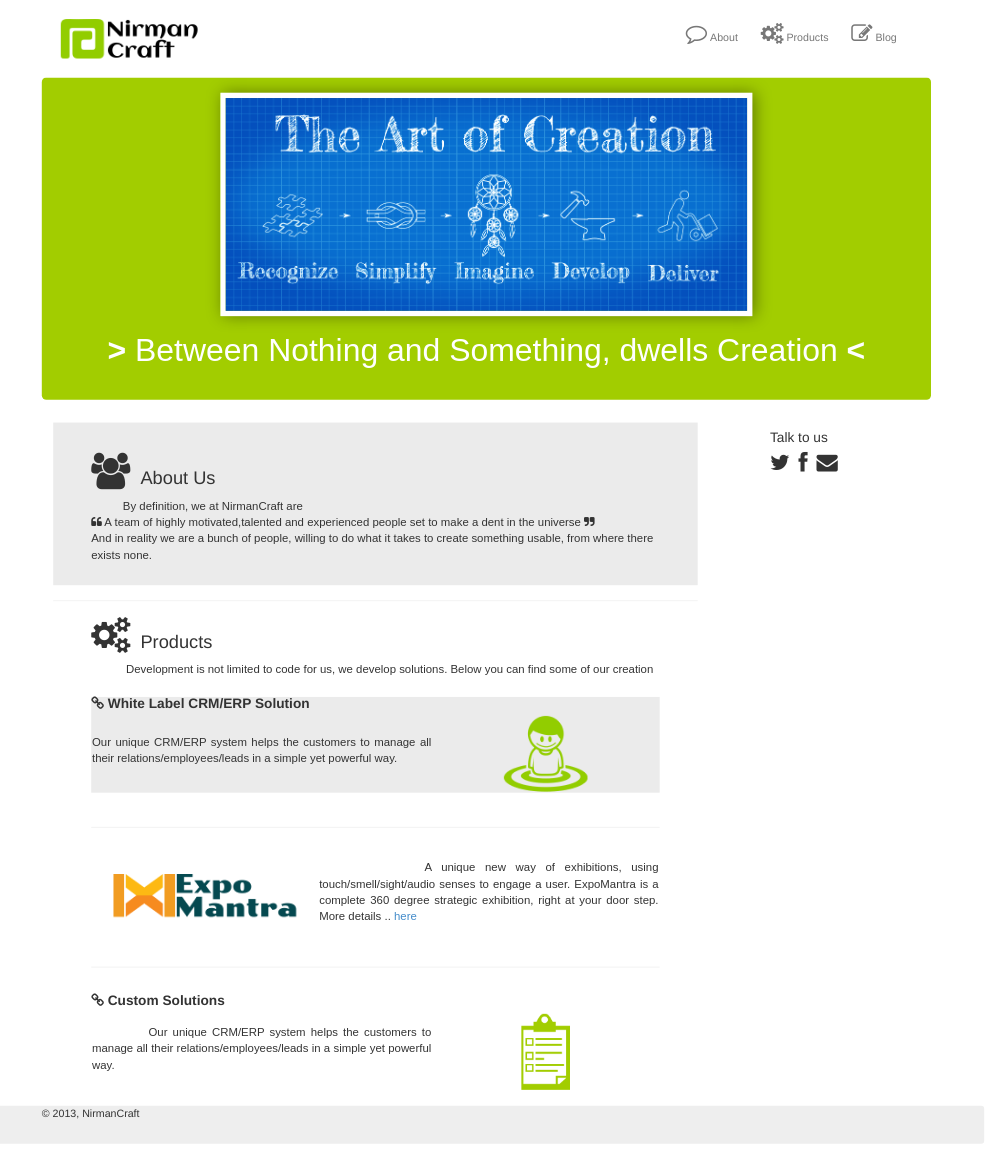
Repository: MeShreyas/NirmanCraftWebsite
Page: NirmanCraft/index.html
The author's editor kept a copy of each file at every save. The page is drawn from the files as they stood at one save, then again after the next save.
The browser window is 1280 px wide. The page is 1310 px wide, so the pictures cover 1310 px, including what lies to the right of the window. The pictures show the whole page, at 76% of full size.
Some web fonts or font styles are not loaded; a fallback is used.

Above is the page before, as saved 2013-10-08 14:48:26.
Console error: ReferenceError: jQuery is not defined

After the next save:
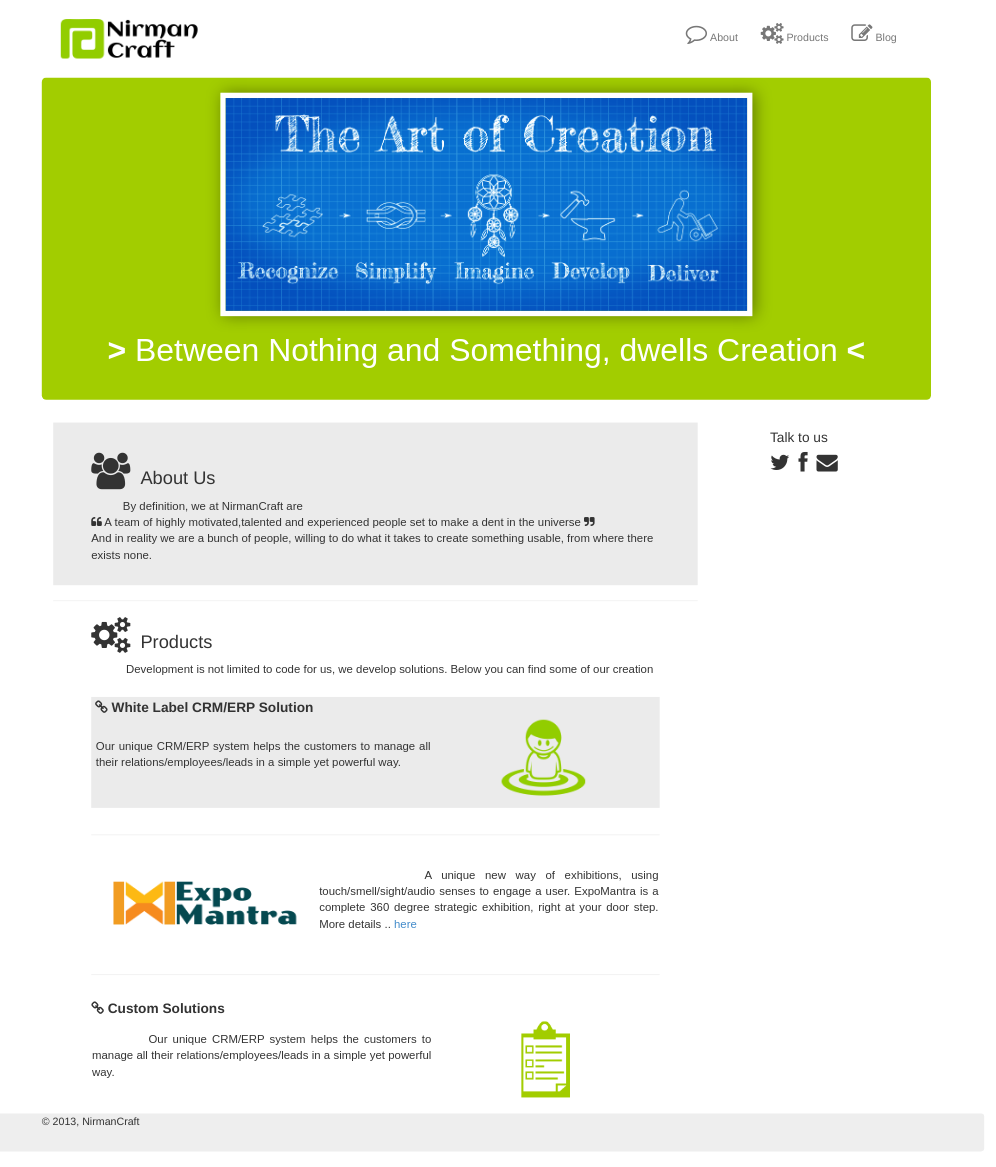
Saved 16 s later.
--- a/NirmanCraft/index.html
+++ b/NirmanCraft/index.html
@@ -108,7 +108,7 @@
 								<div>
 									<div class="list-group">
 											<div class="spacer"></div>
-											<div style="background-color:#ebebeb">
+											<div style="background-color:#ebebeb;padding:5px;">
 												<h4 class="list-group-item-heading">
 													<i class="icon-link"></i>&nbsp;<strong>White Label CRM/ERP Solution</strong>
 												</h4>
